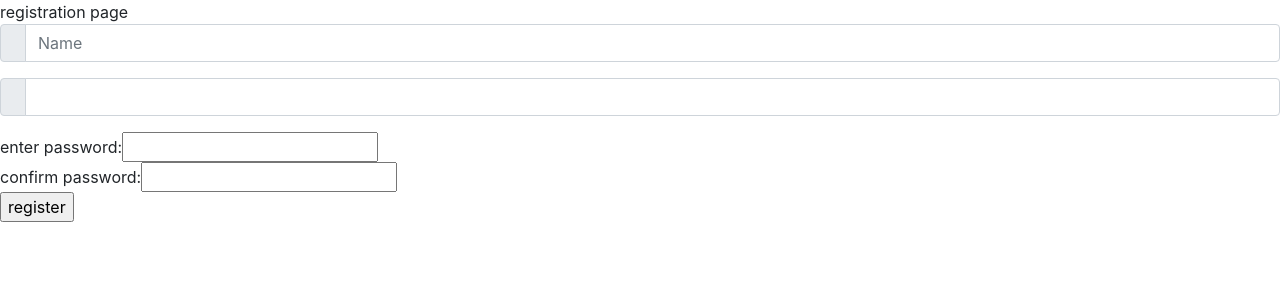
Repository: vishnushelke/LoginPage
Page: http://localhost/MyLoginPage/register.jsp
These files come from the project's save history. The page is drawn as it stood at one moment and after the next save; the edit follows.
The browser window is 1280 px wide. The pictures show the whole page.
The page is served by Tomcat 9.

Above is the page before, as saved 2019-10-10 06:00:06.

After the next save:
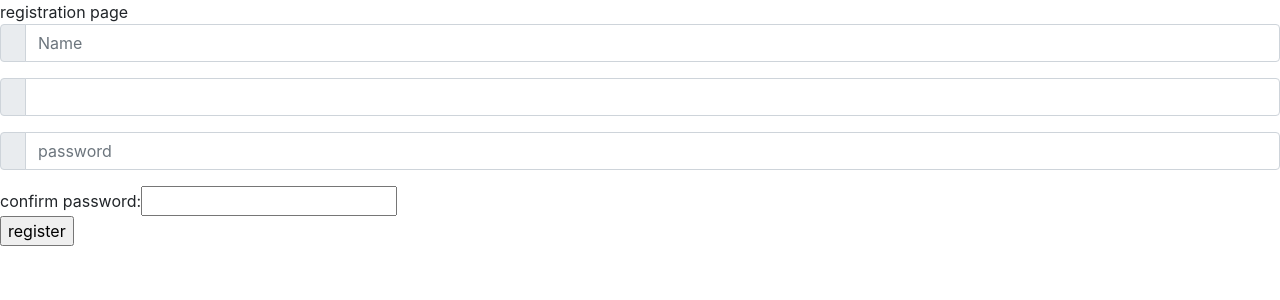
Saved 34 s later.
--- a/MyLoginPage/WebContent/register.jsp
+++ b/MyLoginPage/WebContent/register.jsp
@@ -30,8 +30,13 @@
   </div>
   <input type="text" class="form-control" placeholder="" name="username" aria-label="Username" aria-describedby="basic-addon1">
 </div>
-enter password:<input type="password" name="password"><br>
-confirm password:<input type="password" name="confirm_password"><br>
+
+<div class="input-group mb-3">
+  <div class="input-group-prepend">
+    <span class="input-group-text" id="basic-addon1"></span>
+  </div>
+  <input type="password" class="form-control" placeholder="password" name="password" aria-label="password" aria-describedby="basic-addon1">
+</div>confirm password:<input type="password" name="confirm_password"><br>
 <input type="submit" value="register">
 </form>
 
